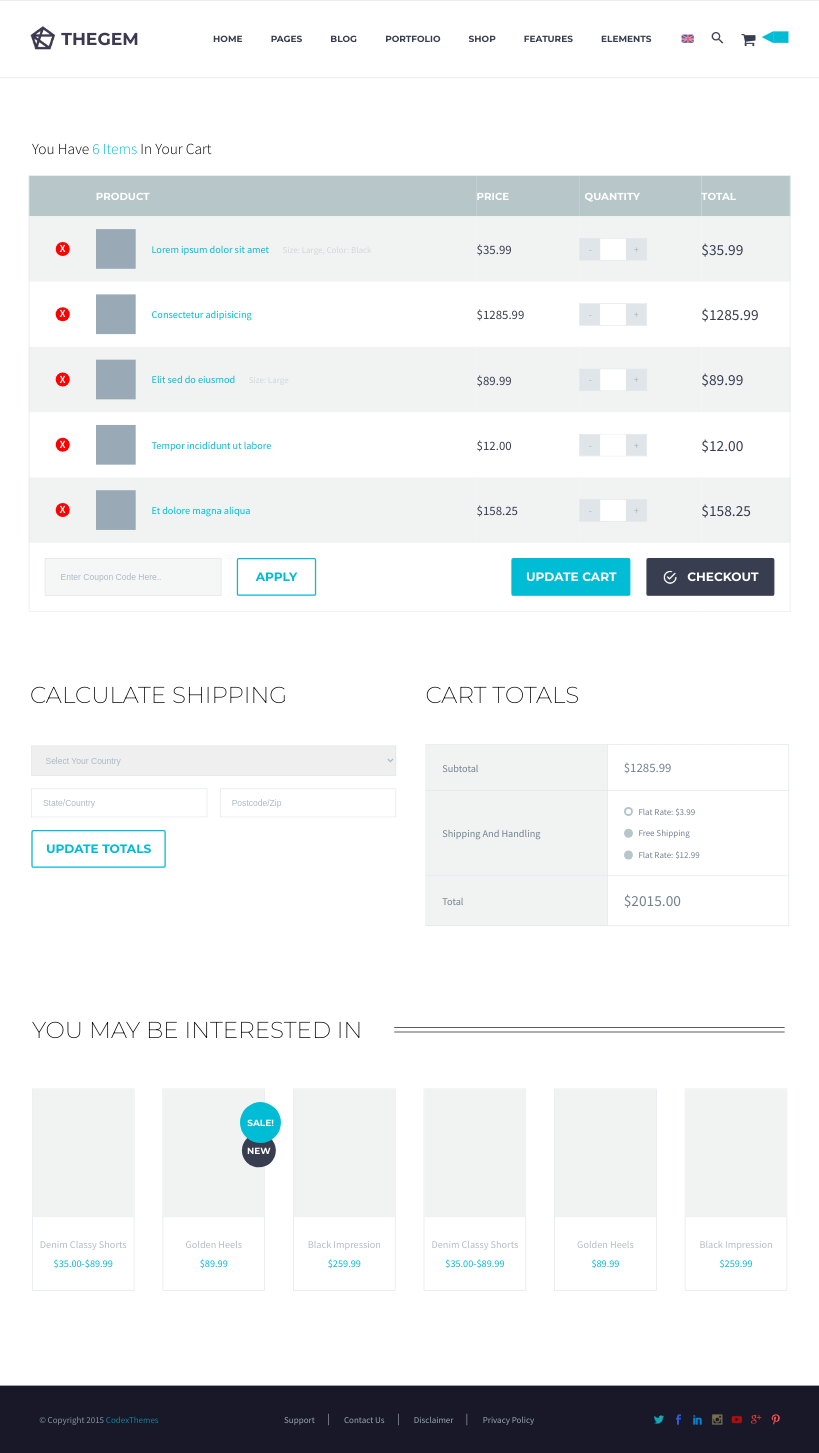
Repository: flylessbird/shop_cart
Page: html/page.html
An editor plug-in stored every save of this project. The page is shown before and after a run of saves, followed by the edit.
The browser window is 1280 px wide. The pictures show the whole page, at 64% of full size.
The style sheet was rebuilt from its Sass, Less or Tailwind sources for each picture, by a compiler version that may differ from the author's.

Above is the page before, as saved 2022-05-14 20:25:26.

After the next 7 saves:
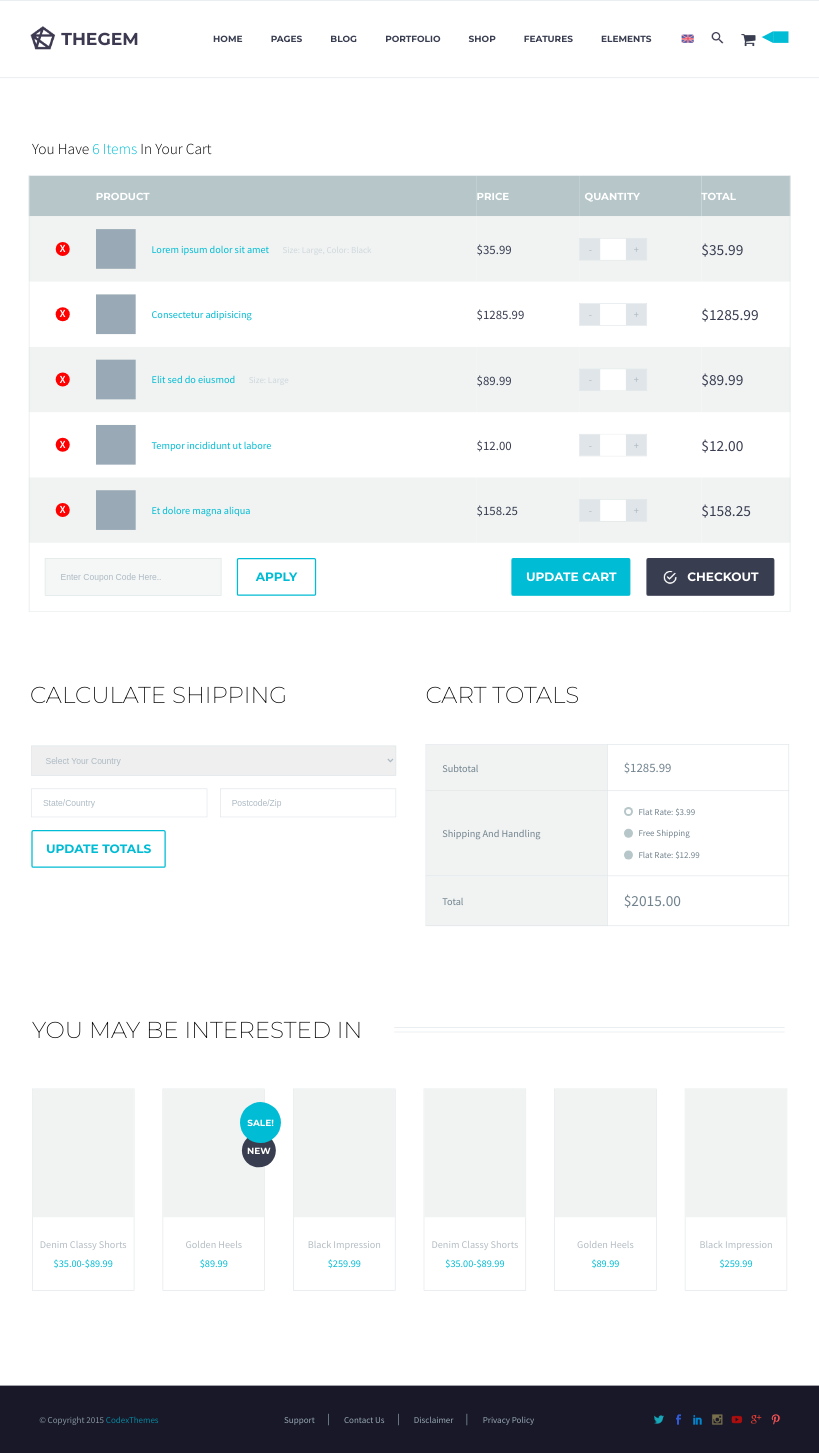
The 7 saves are shown as one change because they came seconds apart.
The last was saved 34 s later.
--- a/css/page.scss
+++ b/css/page.scss
@@ -469,8 +469,8 @@
       position: absolute;
       display: inline-block;
       width: 610px;
-      border-top: 1px solid #000;
-      border-bottom: 1px solid #000;
+      border-top: 1px solid $grey_bd;
+      border-bottom: 1px solid $grey_bd;
       height: 8px;
       top: 50%;
       transform: translateY(-50%);
